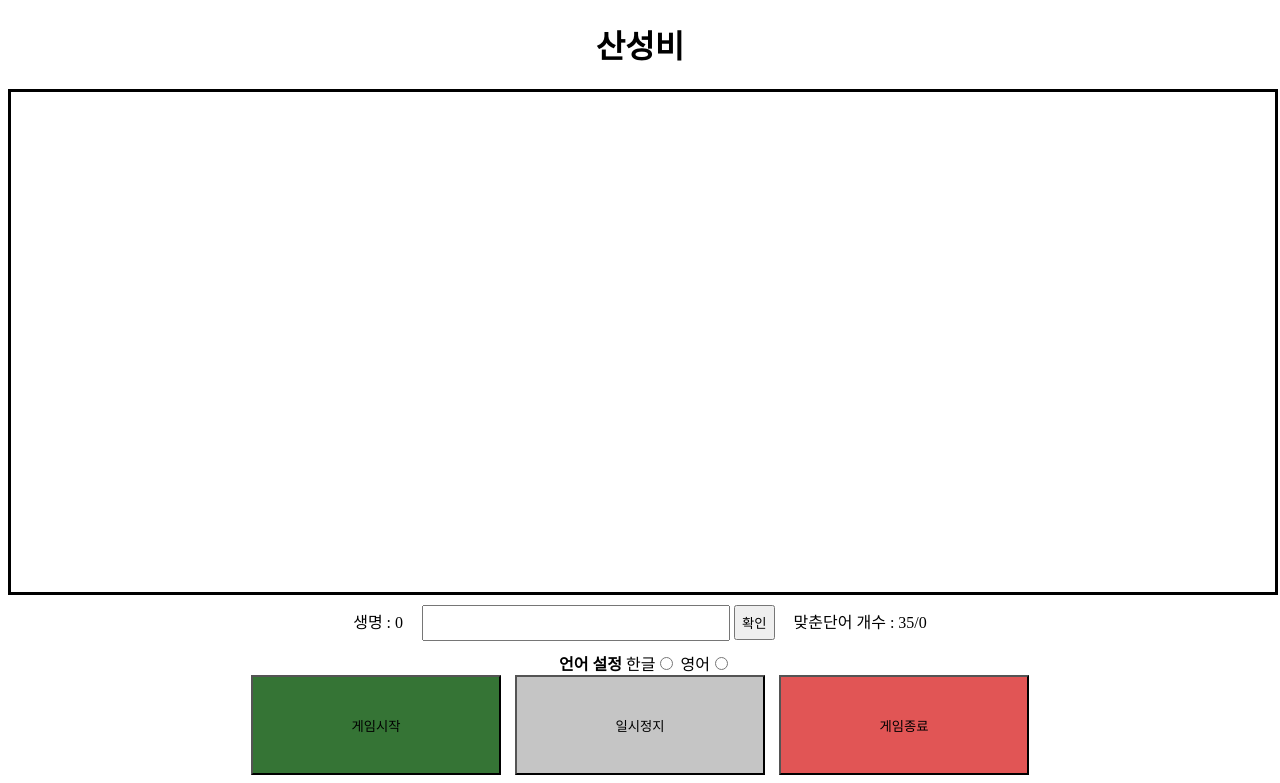
Repository: yuj1818/Hustar_JavaScript
Page: edu/edu/view/js_edu/sanseongbee.html
The author's editor kept a copy of each file at every save. The page is drawn from the files as they stood at one save, then again after the next save.
The browser window is 1280 px wide. The pictures show the whole page.

Above is the page before, as saved 2022-06-02 04:57:25.

### edu/edu/view/js_edu/sanseongbee.html
<!DOCTYPE html>
<html>
	<head>
		<meta charset="UTF-8">
		<title>산성비 게임</title>
		<style>
			.game_main {
				border: 3px solid #000;
				width: 100%;
				height: 500px;
			}

			input#answer {
				width: 300px;
				height: 30px;
			}

			button#answer_submit {
				height:  35px;
			}

			.game_management_btn {
				width: 250px;
				height: 100px;
				/* top right botton left*/
				margin: 0px 5px;
				/*margin 값이 2개만 있으면 앞에 거는 위아래, 뒤에 거는 양쪽으로 해석*/
			}

			.background_red {
				background-color: #e15555;
			}

			.background_green {
				background-color: #357435;
			}

			.background_gray {
				background-color: #c5c5c5;
			}

			.text_center {
				text-align: center;
			}
		</style>
	</head>
	<body>
		<h1 class="text_center">산성비</h1>

		<div class="game_main"></div>

		<div class="text_center" style="margin-top: 10px">
			<span style="margin-right: 15px;">
				생명 : 0
			</span>

			<span style="margin-right: 15px;">
				<input id="answer" type="text"/>
				<button id="answer_submit">확인</button>
			</span>

			<span>
				맞춘단어 개수 : 35/0
			</span>
		</div>

		<div class="text_center" style="margin-top: 10px;">
			<span style="font-weight: bold; margin-left: 10px;">언어 설정</span>
			<label for="korean">한글</label><input id="korean" name="lan_type" type="radio"/>
			<label for="english">영어</label><input id="english" name="lan_type" type="radio"/>
		</div>

		<div class="text_center">
			<button class="game_management_btn background_green">게임시작</button>
			<button class="game_management_btn background_gray">일시정지</button>
			<button class="game_management_btn background_red">게임종료</button>
		</div>
	</body>

	<script>
		window.onresize = function(event){
			console.log("event : ", event);
			var innerWidth = window.innerWidth;
			console.log("innerWidth : ", innerWidth);
		}
	</script>
</html>

After the next save:
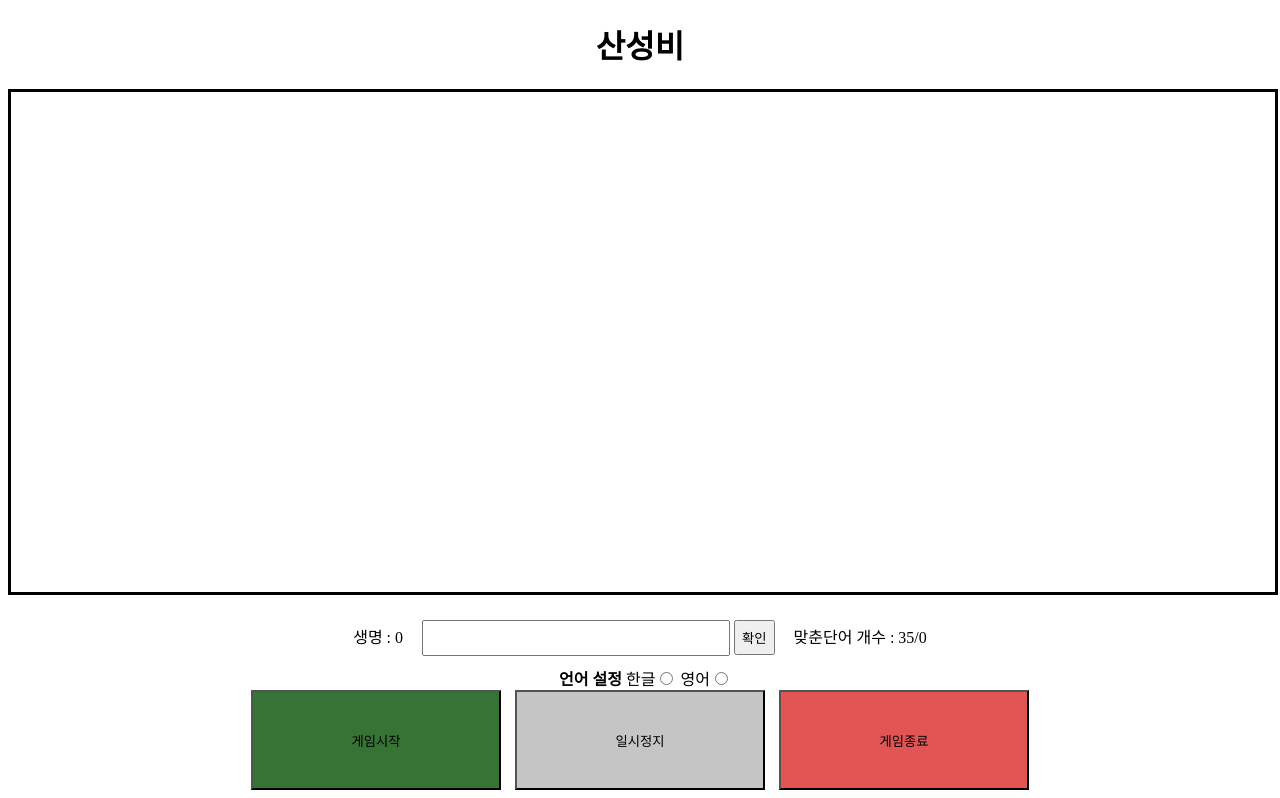
Saved 16 s later.
--- a/edu/edu/view/js_edu/sanseongbee.html
+++ b/edu/edu/view/js_edu/sanseongbee.html
@@ -49,7 +49,7 @@
 
 		<div class="game_main"></div>
 
-		<div class="text_center" style="margin-top: 10px">
+		<div class="text_center" style="margin-top: 25px">
 			<span style="margin-right: 15px;">
 				생명 : 0
 			</span>
